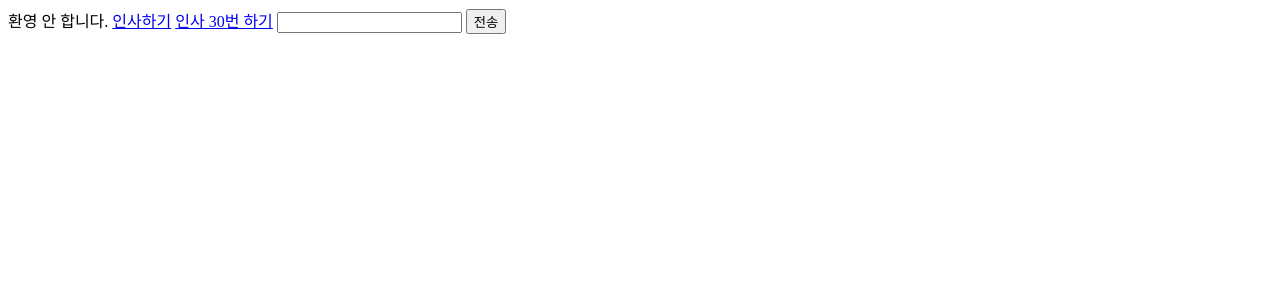
Repository: 12hongkildong/jdbc
Page: JSPPrj1/src/main/webapp/index.html
The author's editor kept a copy of each file at every save. The page is drawn from the files as they stood at one save, then again after the next save.
The browser window is 1280 px wide. The pictures show the whole page.

Above is the page before, as saved 2023-01-26 16:09:11.

After the next save:
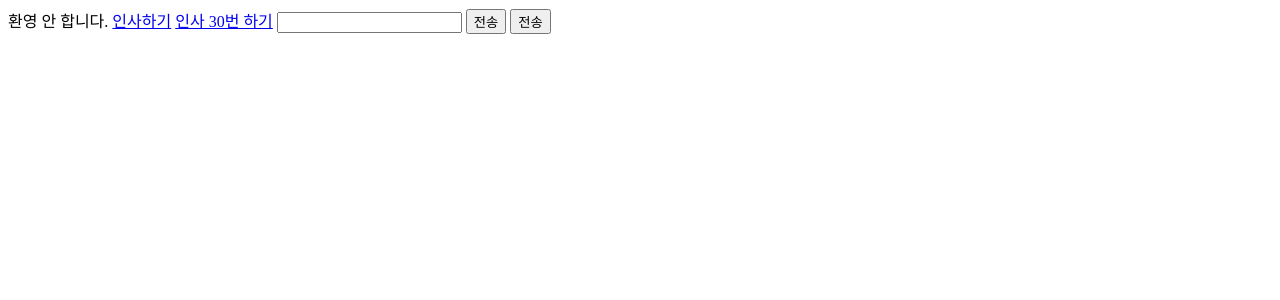
Saved 50 s later.
--- a/JSPPrj1/src/main/webapp/index.html
+++ b/JSPPrj1/src/main/webapp/index.html
@@ -10,6 +10,7 @@
 	<a href="hi">인사하기</a>
 	<a href="hi?cnt=30">인사 30번 하기</a>
 	<input type="text" name="?cnt">
+	<button for="?cnt">전송</button>
 	<input type="submit" for"?cnt" value="전송">
 </body>
 </html>
